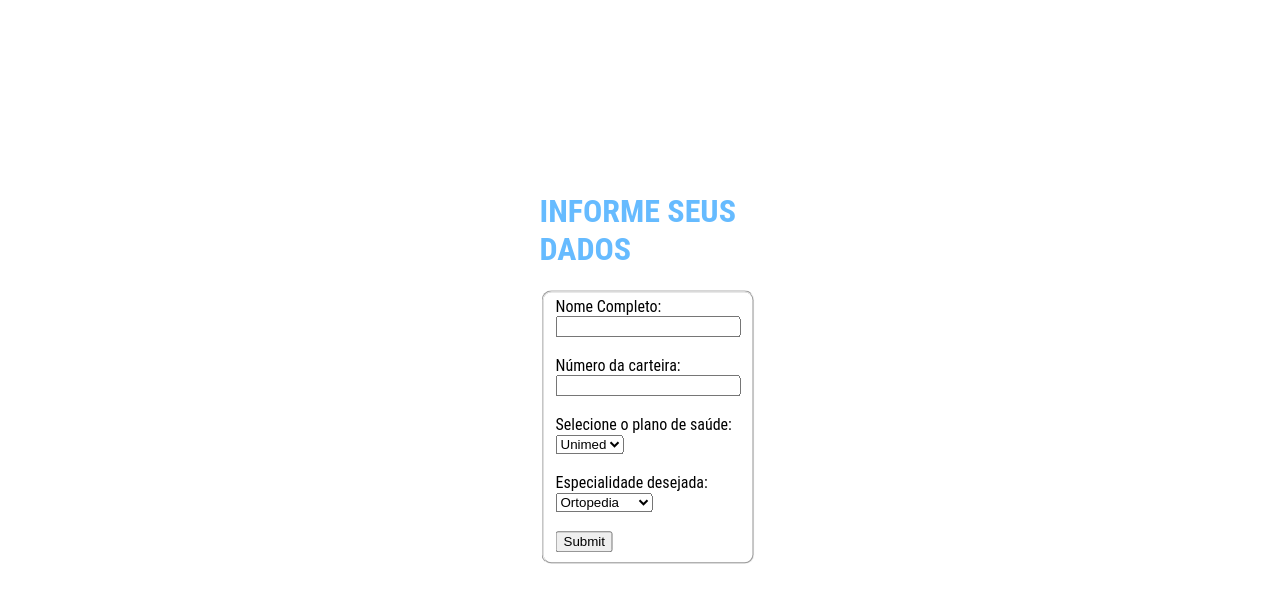
Repository: ohenriquesouza/HospitalCRUD-using-JavaEE
Page: http://localhost/JSP_test/novaConsulta.html
The author's editor kept a copy of each file at every save. The page is drawn from the files as they stood at one save, then again after the next save.
The browser window is 1280 px wide. The pictures show the whole page.
Some web fonts or font styles are not loaded; a fallback is used. The page is served by Tomcat 9.

Above is the page before, as saved 2022-12-27 16:31:10.

After the next save:
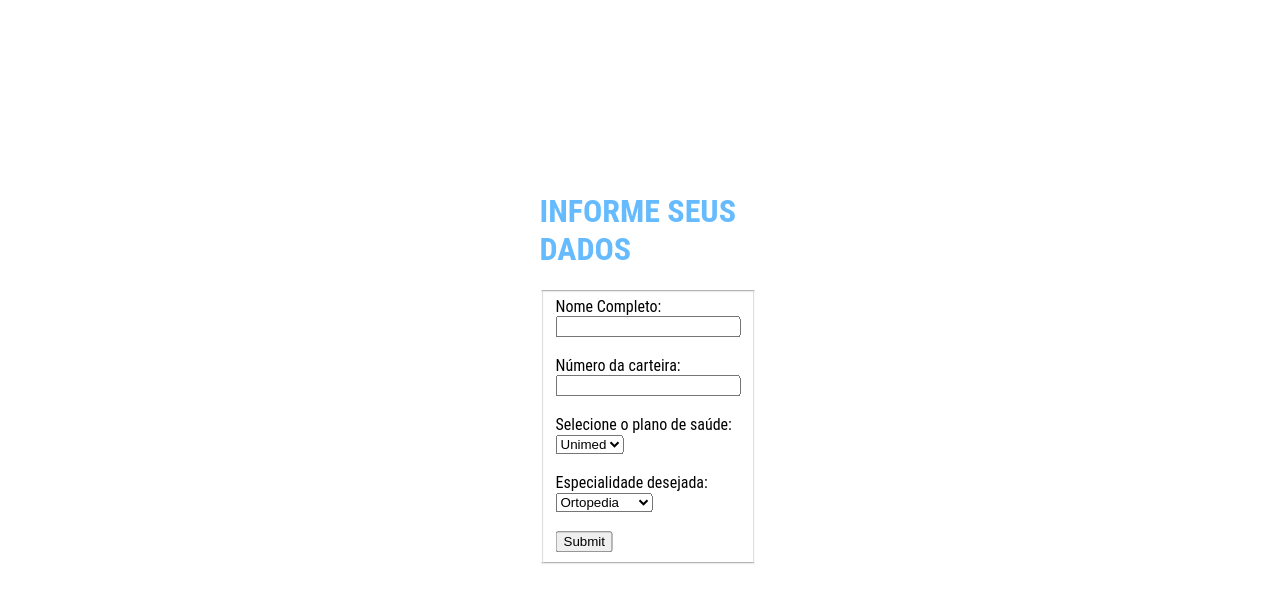
Saved 9 s later.
--- a/JSP_test/src/main/webapp/style.css
+++ b/JSP_test/src/main/webapp/style.css
@@ -30,6 +30,3 @@ h1{
                 padding: 15px;
                 border-radius: 10px;
 }
-.campoGeral{
-    border-radius: 10px;
-}
